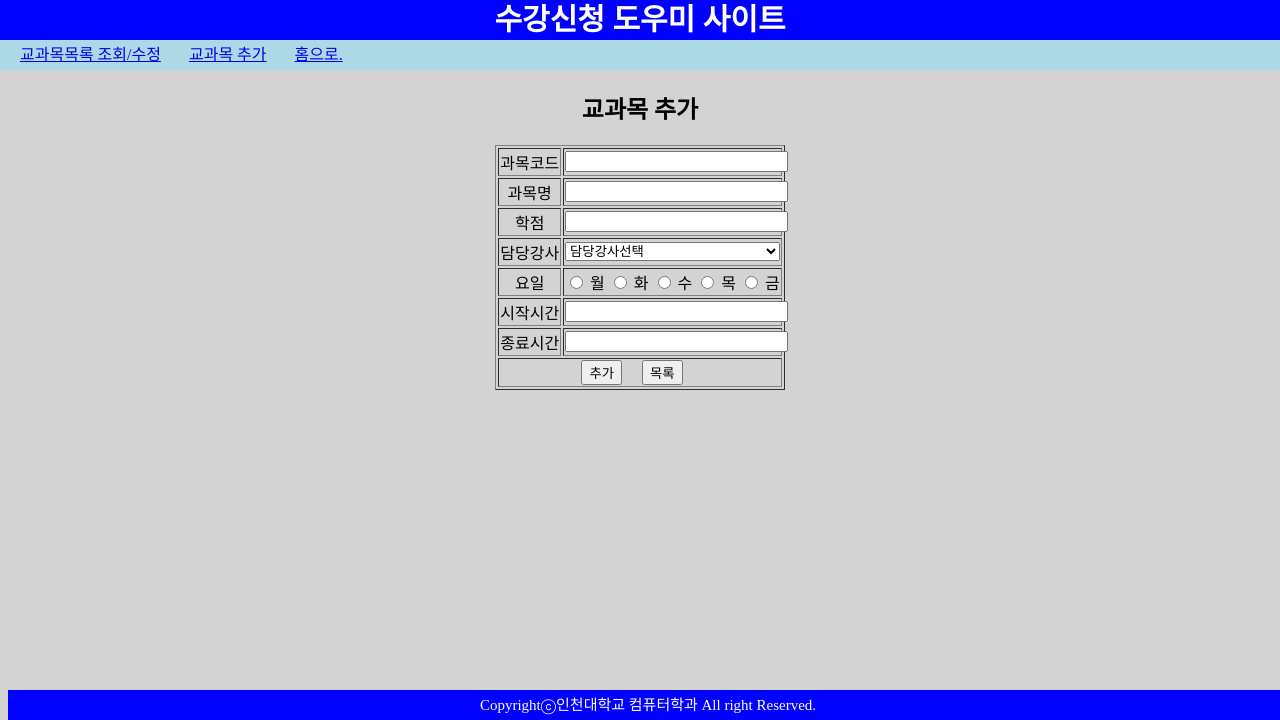
Repository: leesuyeon116/HRD_2
Page: http://localhost/HRD_0419/insert.jsp
The author's editor kept a copy of each file at every save. The page is drawn from the files as they stood at one save, then again after the next save.
The browser window is 1280 px wide. The pictures show the whole page.
The page is served by Tomcat 9. Other server files are loaded and not shown.

Above is the page before, as saved 2024-04-19 06:25:02.

### HRD_0419/src/main/webapp/insert.jsp
<%@ page language="java" contentType="text/html; charset=UTF-8"
    pageEncoding="UTF-8"%>
<!DOCTYPE html>
<html>
<head>
<meta charset="UTF-8">
<title>insert</title>
</head>
<body>
	<jsp:include page="header.jsp"></jsp:include>
    <section style="position: fixed; top: 70px; left: 0px; width: 100%; height: 100%; background-color: lightgray">
    	<h2 style="text-align: center;"><b>교과목 추가</b></h2>
		<form method="post" action="action.jsp" name="frm" style="display: flex; align-items: center; justify-content: center">
			<table border="1" style="text-align: center;">
				<tr>
					<td>과목코드</td>
					<td><input type="text" name="id" style="width: 100%"></td>
				</tr>

				<tr>
					<td>과목명</td>
					<td><input type="text" name="name" style="width: 100%"></td>
				</tr>

				<tr>
					<td>학점</td>
					<td><input type="text" name="credit" style="width: 100%"></td>
				</tr>

				<tr>
					<td>담당강사</td>
					<td>
					<select name="lecturer" style="width: 100%">
						<option value="">담당강사선택</option>
						<option value="1">김교수</option>
						<option value="2">이교수</option>
						<option value="3">박교수</option>
						<option value="4">우교수</option>
						<option value="5">최교수</option>
						<option value="6">임교수</option>
					</select>
					</td>
				</tr>

				<tr>
					<td>요일</td>
					<td>
					<input type="radio" name="week" value="1"> 월
					<input type="radio" name="week" value="2"> 화
					<input type="radio" name="week" value="3"> 수
					<input type="radio" name="week" value="4"> 목
					<input type="radio" name="week" value="5"> 금
					</td>
				</tr>

				<tr>
					<td>시작시간</td>
					<td><input type="text" name="start_hour" style="width: 100%"></td>
				</tr>

				<tr>
					<td>종료시간</td>
					<td><input type="text" name="end_hour" style="width: 100%"></td>
				</tr>
				<tr>
					<td colspan="2">
						<input type="button" value="추가" onclick="addCheck()"> &nbsp; &nbsp;
						<input type="button" value="목록" onclick="search()"> &nbsp; &nbsp;
					</td>
				</tr>
			</table>
		</form>
    </section>
	<jsp:include page="footer.jsp"></jsp:include>
</body>
</html>

### HRD_0419/src/main/webapp/header.jsp
<%@ page language="java" contentType="text/html; charset=UTF-8" pageEncoding="UTF-8"%>
<!DOCTYPE html>
<html>
<head>
    <meta charset="UTF-8">
    <title>header</title>
</head>
<body>
    <header style="position: fixed; top: 0px; left: 0px; width: 100%; height: 40px; line-height: 40px;
        background-color: blue; color: white; text-align: center; font-size: 30px">
        <b>수강신청 도우미 사이트</b>
    </header>

    <nav style="position: fixed; top: 40px; left: 0px; width: 100%; height: 30px; line-height: 30px;
        background-color: lightblue; color: white; padding-left: 20px">
        <a href="list.jsp">교과목목록 조회/수정</a> &nbsp; &nbsp; &nbsp;
        <a href="insert.jsp">교과목 추가</a> &nbsp; &nbsp; &nbsp;
        <a href="index.jsp">홈으로.</a> &nbsp; &nbsp; &nbsp;
    </nav>
</body>
</html>

### HRD_0419/src/main/webapp/footer.jsp
<%@ page language="java" contentType="text/html; charset=UTF-8" pageEncoding="UTF-8"%>
<!DOCTYPE html>
<html>
<head>
    <meta charset="UTF-8">
    <title>footer</title>
</head>
<body>
    <footer style="position: fixed; bottom: 0px; width: 100%; height: 30px; background-color: blue; color: white;
        text-align: center; line-height: 30px; font-size: 15px;">
        Copyrightⓒ인천대학교 컴퓨터학과 All right Reserved.
    </footer>
</body>
</html>

After the next save:
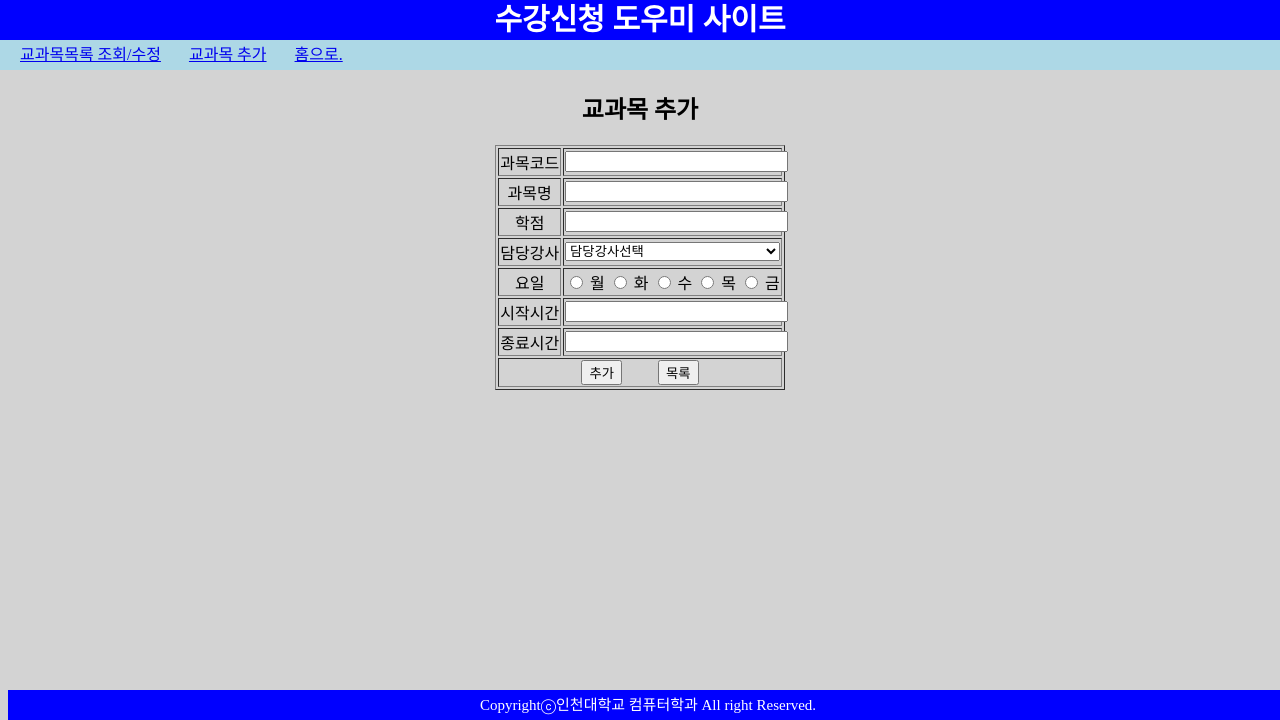
Saved 23 s later.
--- a/HRD_0419/src/main/webapp/insert.jsp
+++ b/HRD_0419/src/main/webapp/insert.jsp
@@ -64,8 +64,8 @@
 				</tr>
 				<tr>
 					<td colspan="2">
-						<input type="button" value="추가" onclick="addCheck()"> &nbsp; &nbsp;
-						<input type="button" value="목록" onclick="search()"> &nbsp; &nbsp;
+						<input type="button" value="추가" onclick="addCheck()"> &nbsp; &nbsp; &nbsp; &nbsp;
+						<input type="button" value="목록" onclick="search()">
 					</td>
 				</tr>
 			</table>
